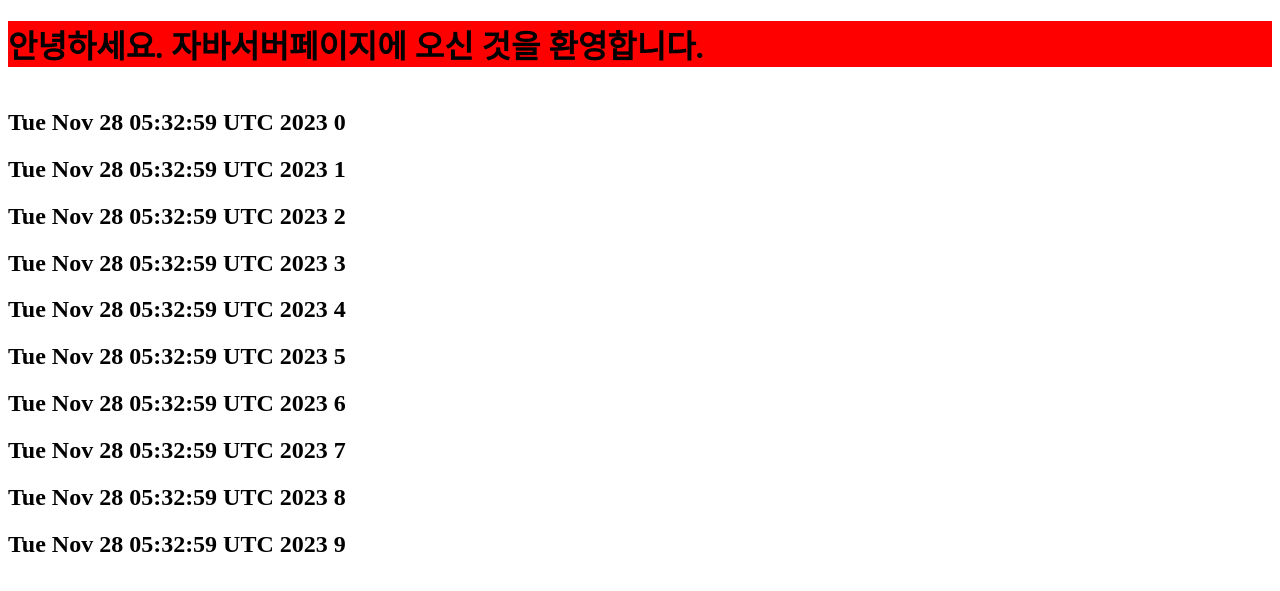
Repository: jinhanP/JSPtest
Page: http://localhost/jsptest/wlecome.jsp
The author's editor kept a copy of each file at every save. The page is drawn from the files as they stood at one save, then again after the next save.
The browser window is 1280 px wide. The pictures show the whole page.
The page is served by Tomcat 10. Other server files are loaded and not shown.

Above is the page before, as saved 2023-11-28 05:56:59.

### jsptest/src/main/webapp/wlecome.jsp
<%@page import="java.util.Date"%>
<%@ page language="java" contentType="text/html; charset=UTF-8"
    pageEncoding="UTF-8"%>
<!DOCTYPE html>
<html>
<head>
<meta charset="UTF-8">
<title>Insert title here</title>
<link rel="stylesheet" href="./css/min.css">
<!-- <style type="text/css">
	h1 {
	 	color: red;
	}
</style> -->
<%
	Date date = new Date();
	String displayDate = date.toString();
%>
</head>
<body>
 <table>
    <h1>안녕하세요. 자바서버페이지에 오신 것을 환영합니다.</h1>
   </table>
    <%	for (int i = 0; i < 10; i++) {	%>
    <h2><%=displayDate + " " + i%></h2>
    <% } %>
</body>
</html>

### jsptest/src/main/webapp/css/min.css
@charset "UTF-8";
h1{
	background-color: red;
}

After the next save:
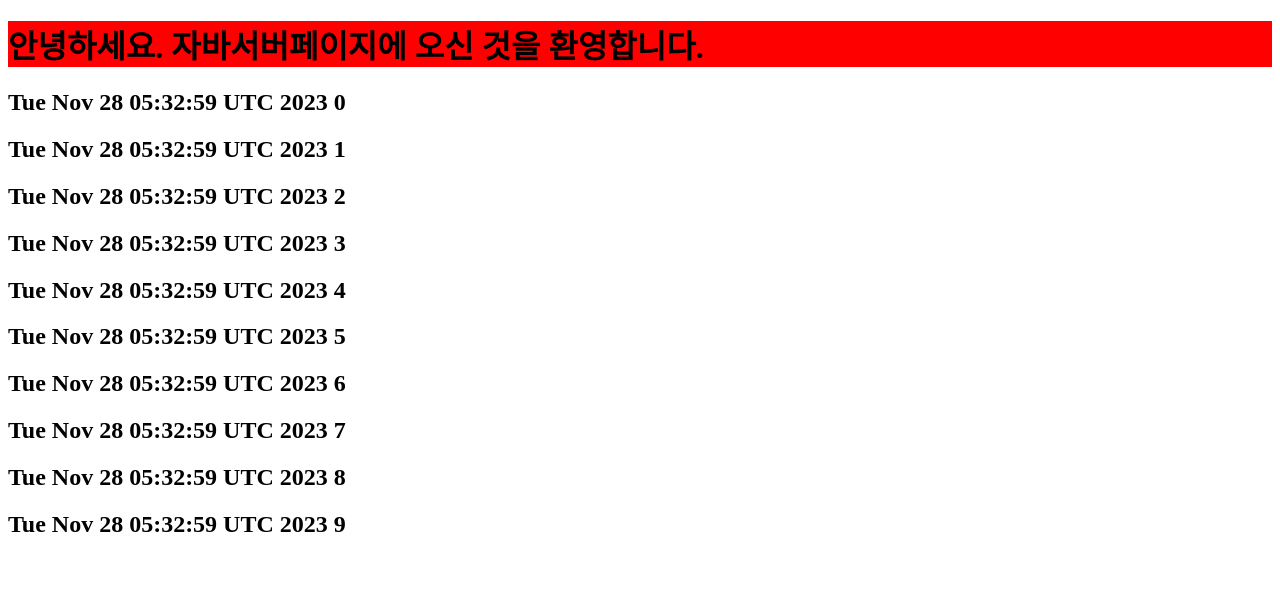
Saved 18 s later.
--- a/jsptest/src/main/webapp/wlecome.jsp
+++ b/jsptest/src/main/webapp/wlecome.jsp
@@ -18,9 +18,9 @@
 %>
 </head>
 <body>
- <table>
+ <div>
     <h1>안녕하세요. 자바서버페이지에 오신 것을 환영합니다.</h1>
-   </table>
+   </div>
     <%	for (int i = 0; i < 10; i++) {	%>
     <h2><%=displayDate + " " + i%></h2>
     <% } %>
